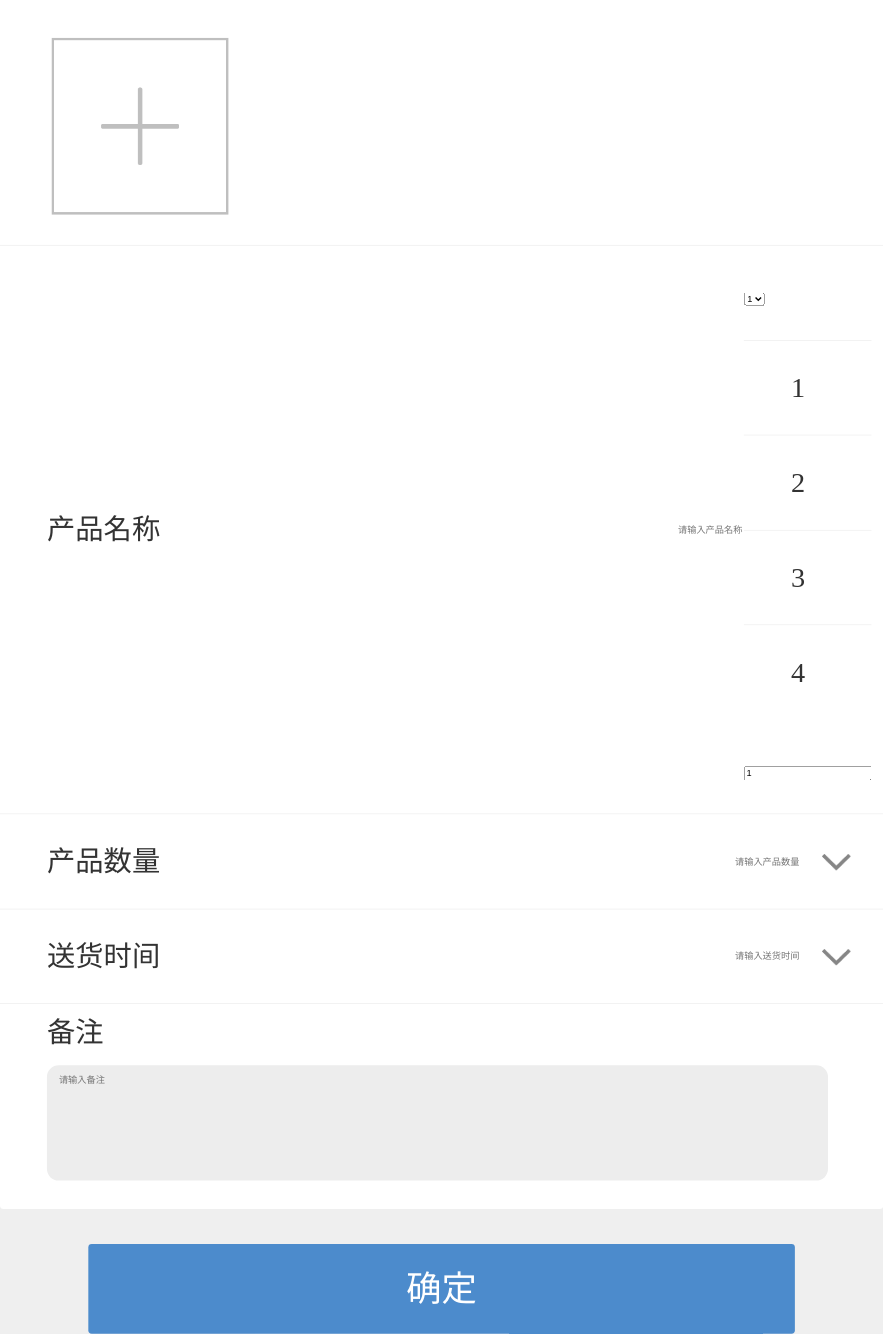
Repository: missing-star/produce
Page: Cbuyer.html
The author's editor kept a copy of each file at every save. The page is drawn from the files as they stood at one save, then again after the next save.
The browser window is 1280 px wide. The pictures show the whole page, at 69% of full size.

Above is the page before, as saved 2019-05-20 10:55:14.

After the next save:
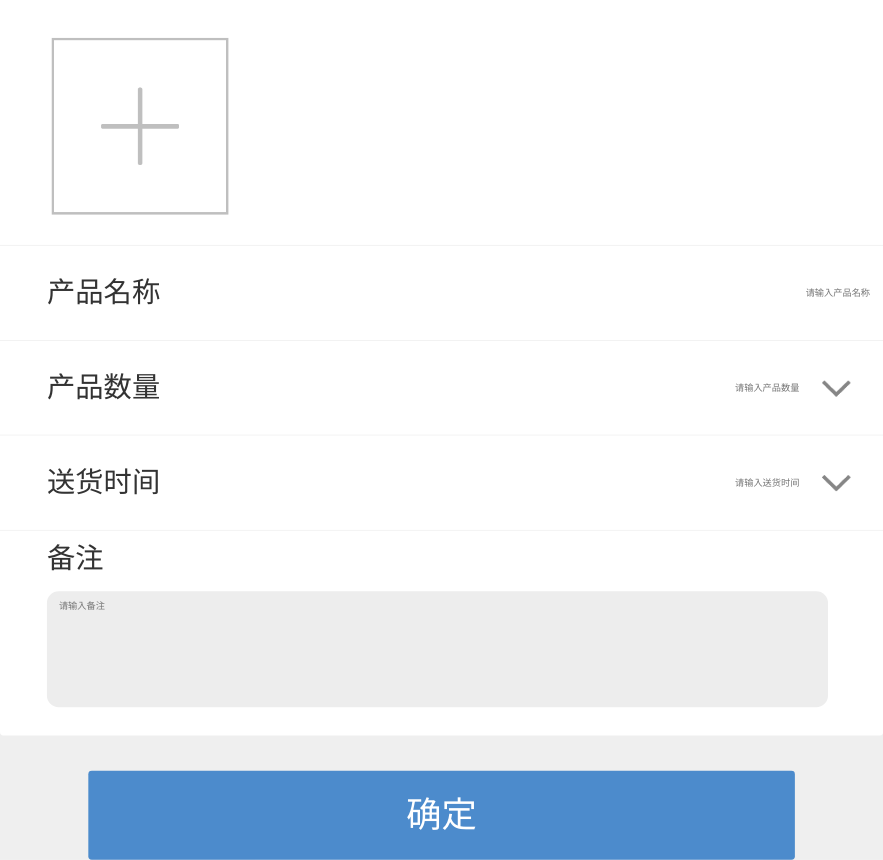
Saved 18 s later.
--- a/Cbuyer.html
+++ b/Cbuyer.html
@@ -24,12 +24,12 @@
                         <!-- <span>请输入产品名称</span> -->
                         <!-- <span class="next" @click="select"></span> -->
                         <!-- <img  src="img/xia.png" alt="" > -->
-                        <select name="" id="">
+                        <!-- <select name="" id="">
                             <option>1</option>
                             <option>2</option>
                             <option>3</option>
                             <option>4</option>
-                        </select>
+                        </select> -->
                     </div>
 
                 </li>

After the save that followed:
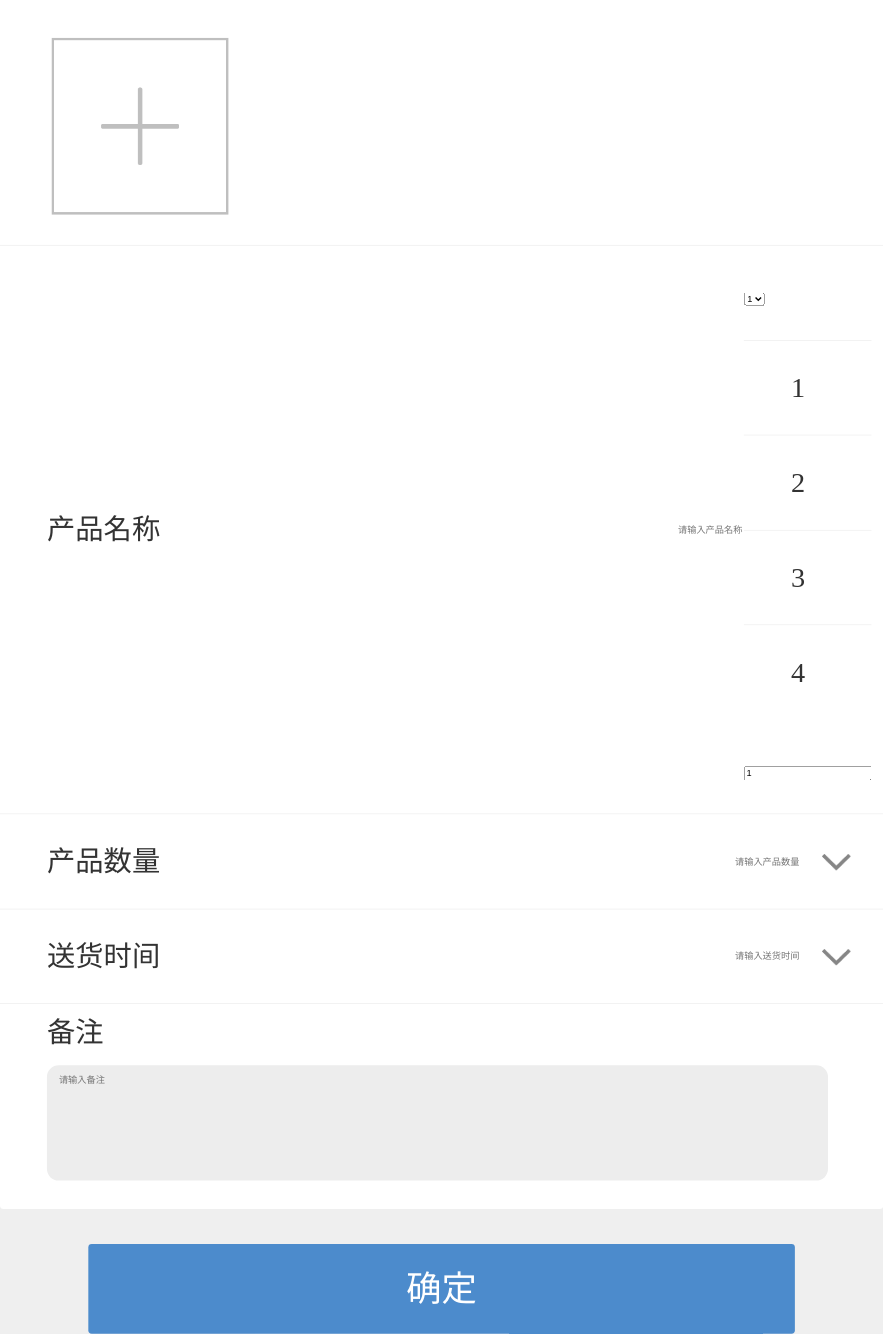
Saved 8 s later.
--- a/Cbuyer.html
+++ b/Cbuyer.html
@@ -24,12 +24,12 @@
                         <!-- <span>请输入产品名称</span> -->
                         <!-- <span class="next" @click="select"></span> -->
                         <!-- <img  src="img/xia.png" alt="" > -->
-                        <!-- <select name="" id="">
+                        <select name="" id="">
                             <option>1</option>
                             <option>2</option>
                             <option>3</option>
                             <option>4</option>
-                        </select> -->
+                        </select>
                     </div>
 
                 </li>
